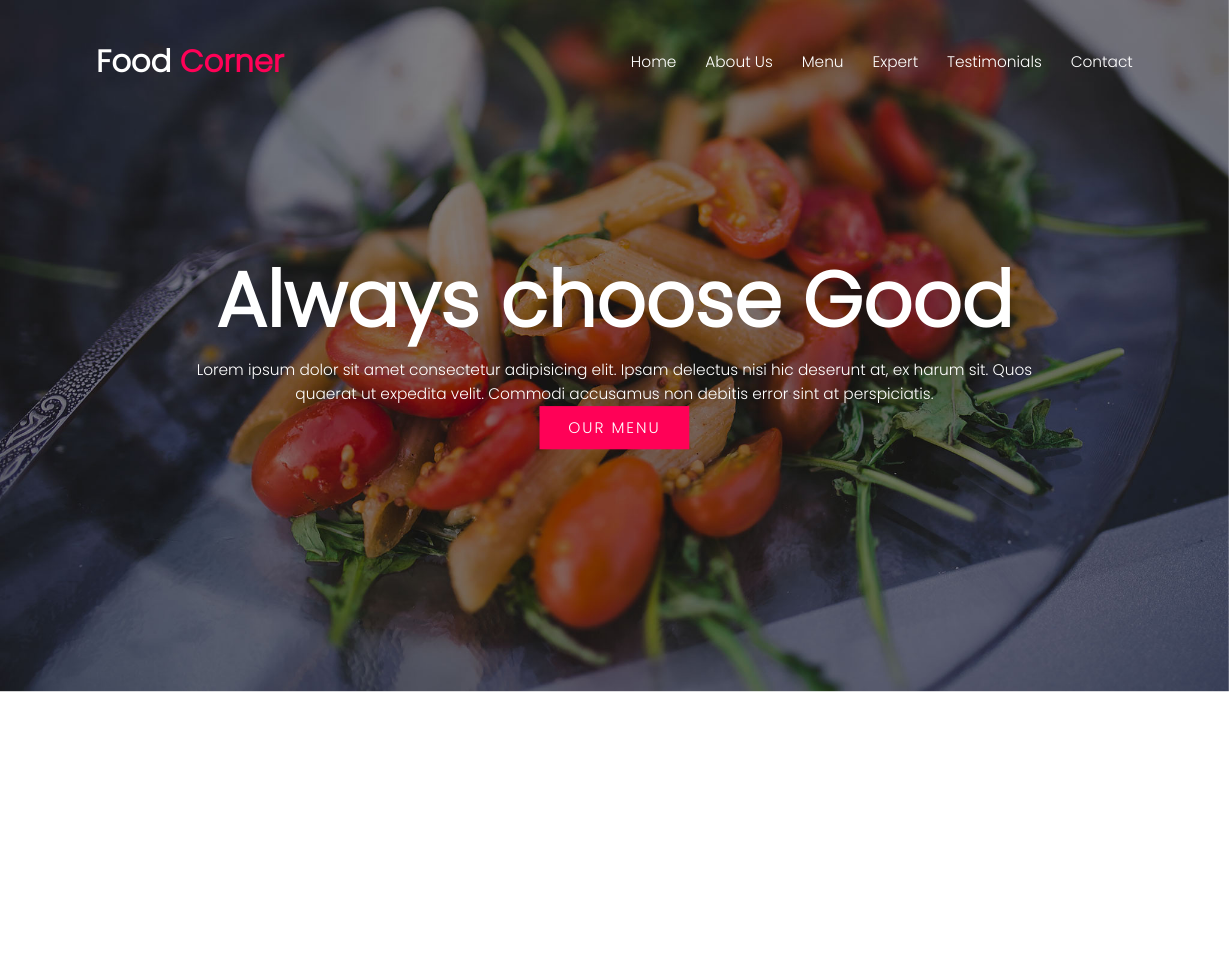
Repository: Adriandias1997/MobileFriendly_FoodWebsite
Page: index.html
The author's editor kept a copy of each file at every save. The page is drawn from the files as they stood at one save, then again after the next save.
The browser window is 1280 px wide. The pictures show the whole page, at 96% of full size.

Above is the page before, as saved 2020-10-16 12:00:16.

### index.html
<!DOCTYPE html>
<html lang="en">

<head>
    <meta charset="UTF-8">
    <meta name="viewport" content="width=device-width, initial-scale=1.0">
    <title>Food</title>
    <link rel="stylesheet" href="style.css">
</head>

<body>
    <header>
        <a href="#" class="logo">Food <span>Corner</span></a>
        <ul class="navigation">
            <li><a href="#banner">Home</a></li>
            <li><a href="#about">About Us</a></li>
            <li><a href="#menu">Menu</a></li>
            <li><a href="#expert">Expert</a></li>
            <li><a href="#testimonials">Testimonials</a></li>
            <li><a href="#contact">Contact</a></li>
        </ul>

    </header>
    <section class="banner" id="banner">
        <div class="content">
            <h2>Always choose Good</h2>
            <p>Lorem ipsum dolor sit amet consectetur adipisicing elit. Ipsam delectus nisi hic deserunt at, ex harum sit. Quos quaerat ut expedita velit. Commodi accusamus non debitis error sint at perspiciatis.</p>

            <a href="#" class="btn">Our Menu</a>
        </div>
    </section>





    <script src="index.js"></script>
</body>

</html>

### style.css
@import url("https://fonts.googleapis.com/css2?family=Poppins:wght@300&display=swap");
* {
    margin: 0;
    padding: 0;
    box-sizing: border-box;
    font-family: "Poppins", sans-serif;
}

p {
    font-weight: 300;
    color: #111;
}

body {
    min-height: 1000px;
}

.banner {
    position: relative;
    width: 100%;
    min-height: 100vh;
    display: flex;
    justify-content: center;
    align-items: center;
    background: url(./Images/bg.jpg);
    background-size: cover;
}

.banner .content {
    max-width: 900px;
    text-align: center;
}

.banner .content h2 {
    font-size: 5em;
    color: #fff;
}

.banner .content p {
    font-size: 1em;
    color: #fff;
}

.btn {
    font-size: 1em;
    color: #fff;
    background: #ff0157;
    display: inline-block;
    padding: 10px 30px;
    text-transform: uppercase;
    text-decoration: none;
    letter-spacing: 2px;
    transition: 0.5s;
}

.btn:hover {
    background-color: #fff;
    color: #ff0157;
    letter-spacing: 6px;
}

header {
    position: fixed;
    top: 0;
    left: 0;
    width: 100%;
    padding: 40px 100px;
    z-index: 10000;
    display: flex;
    justify-content: space-between;
    align-items: center;
    transition: 0.5s;
}

header.sticky {
    background: #fff;
    padding: 10px 100px;
    box-shadow: 0 5px 20px rgba(0, 0, 0, 0.05);
}

header .logo {
    color: #fff;
    font-weight: 700;
    text-decoration: none;
    font-size: 2em;
}

header.sticky .logo {
    color: #111;
}

header .logo span {
    color: #ff0157;
}

header .navigation {
    position: relative;
    display: flex;
}

header .navigation li {
    list-style: none;
    margin-left: 30px;
}

header .navigation li a {
    text-decoration: none;
    color: #fff;
    font-weight: 300;
}

header.sticky .navigation li a {
    color: #111;
    font-weight: 300;
}

header.sticky .navigation li a:hover {
    color: #ff0157;
}

### index.js
window.addEventListener('scroll', function() {
    const header = document.querySelector('header');
    header.classList.toggle('sticky', window.scrollY > 0);
});

After the next save:
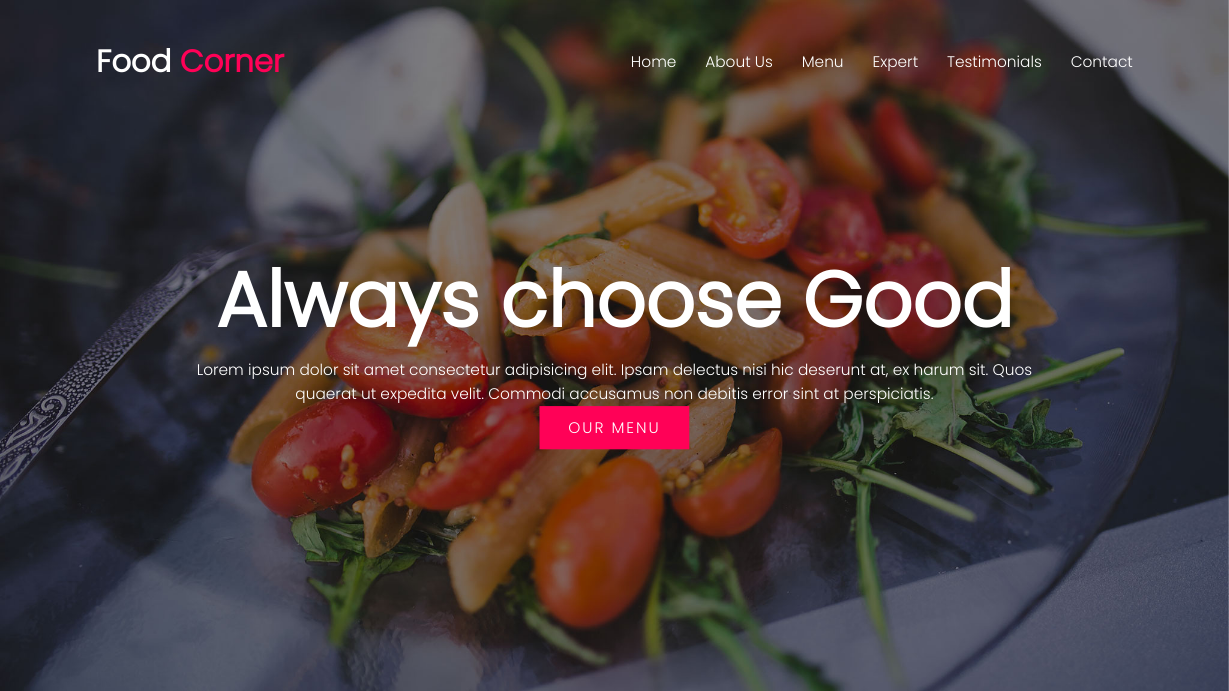
Saved 60 s later.
--- a/style.css
+++ b/style.css
@@ -9,10 +9,6 @@
 p {
     font-weight: 300;
     color: #111;
-}
-
-body {
-    min-height: 1000px;
 }
 
 .banner {
